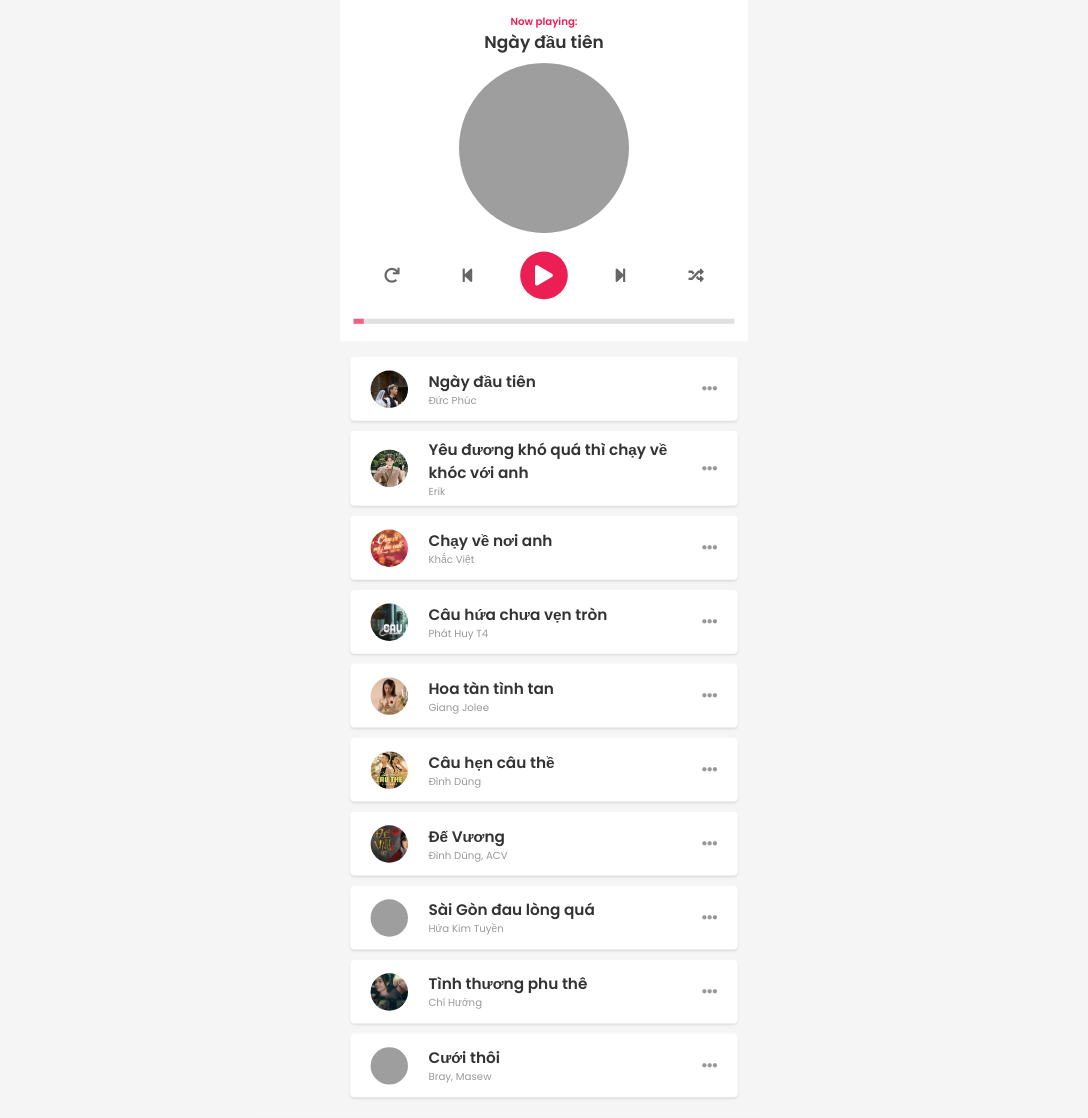
Repository: KienCao2000/demo-music
Page: index.html
The author's editor kept a copy of each file at every save. The page is drawn from the files as they stood at one save, then again after the next save.
The browser window is 1280 px wide. The pictures show the whole page, at 85% of full size.
Pictures or frames that could not be fetched are drawn as grey boxes.

Above is the page before, as saved 2022-02-24 23:50:42.

### index.html
<!DOCTYPE html>
<html lang="en">
<head>
    <meta charset="UTF-8">
    <meta http-equiv="X-UA-Compatible" content="IE=edge">
    <meta name="viewport" content="width=device-width, initial-scale=1.0">
    <title>Music player</title>
    <link rel="stylesheet" href="https://cdnjs.cloudflare.com/ajax/libs/font-awesome/5.15.2/css/all.min.css" integrity="sha512-HK5fgLBL+xu6dm/Ii3z4xhlSUyZgTT9tuc/hSrtw6uzJOvgRr2a9jyxxT1ely+B+xFAmJKVSTbpM/CuL7qxO8w==" crossorigin="anonymous" />
    <link rel="preconnect" href="https://fonts.gstatic.com">
    <link href="https://fonts.googleapis.com/css2?family=Poppins:wght@300;400;600&display=swap" rel="stylesheet">
    <link rel="stylesheet" href="./css/style.css">
</head>
<body>
    <div class="player">
        <!-- Dashboard -->
        <div class="dashboard">
          <!-- Header -->
          <header>
            <h4>Now playing:</h4>
            <h2>String 57th & 9th</h2>
          </header>

          <!-- CD -->
          <div class="cd">
            <div class="cd-thumb" style="background-image: url('https://i.ytimg.com/vi/jTLhQf5KJSc/maxresdefault.jpg')">
            </div>
          </div>

          <!-- Control -->
          <div class="control">
            <div class="btn btn-repeat">
              <i class="fas fa-redo"></i>
            </div>
            <div class="btn btn-prev">
              <i class="fas fa-step-backward"></i>
            </div>
            <div class="btn btn-toggle-play">
              <i class="fas fa-pause icon-pause"></i>
              <i class="fas fa-play icon-play"></i>
            </div>
            <div class="btn btn-next">
              <i class="fas fa-step-forward"></i>
            </div>
            <div class="btn btn-random">
              <i class="fas fa-random"></i>
            </div>
          </div>

          <input id="progress" class="progress" type="range" value="0" step="1" min="0" max="100">

          <audio id="audio" src=""></audio>
        </div>

        <!-- Playlist -->
        <div class="playlist">

        </div>
    </div>
    <script>
        /**
         * 1. Render songs
         * 2. Scroll top
         * 3. Play / pause / seek
         * 4. CD rotate
         * 5. Next / prev
         * 6. Random
         * 7. Next / Repeat when ended
         * 8. Active song
         * 9. Scroll active song into view
         * 10. Play song when click
        */

        const $ = document.querySelector.bind(document);
        const $$ = document.querySelectorAll.bind(document);

        // render
        const app = {
          currentIndex: 0,
          songs: [
            {
              name: 'Ngày đầu tiên',
              singer: 'Đức Phúc',
              path: './music/song1.mp3',
              img: './img/song1.png'
            },
            {
              name: 'Yêu đương khó quá thì chạy về khóc với anh',
              singer: 'Erik',
              path: './music/song2.mp3',
              img: './img/song2.png'
            },
            {
              name: 'Chạy về nơi anh',
              singer: 'Khắc Việt',
              path: './music/song3.mp3',
              img: './img/song3.png'
            },
            {
              name: 'Câu hứa chưa vẹn tròn',
              singer: 'Phát Huy T4',
              path: './music/song4.mp3',
              img: './img/song4.png'
            },
            {
              name: 'Hoa tàn tình tan',
              singer: 'Giang Jolee',
              path: './music/song5.mp3',
              img: './img/song5.png'
            },
            {
              name: 'Câu hẹn câu thề',
              singer: 'Đình Dũng',
              path: './music/song6.mp3',
              img: './img/song6.png'
            },
            {
              name: 'Đế Vương',
              singer: 'Đình Dũng, ACV',
              path: './music/song7.mp3',
              img: './img/song7.png'
            },
            {
              name: 'Sài Gòn đau lòng quá',
              singer: 'Hứa Kim Tuyền',
              path: './music/song8.mp3',
              img: './img/song8.png'
            },
            {
              name: 'Tình thương phu thê',
              singer: 'Chí Hướng',
              path: './music/song9.mp3',
              img: './img/song9.png'
            },
            {
              name: 'Cưới thôi',
              singer: 'Bray, Masew',
              path: './music/song10.mp3',
              img: './img/song10.png'
            },
          ],
          render: function() {
            const htmls = this.songs.map(song => {
              return `
              <div class="song">
                <div class="thumb" style="background-image: url('${song.img}')">
                </div>
                <div class="body">
                  <h3 class="title">${song.name}</h3>
                  <p class="author">${song.singer}</p>
                </div>
                <div class="option">
                  <i class="fas fa-ellipsis-h"></i>
                </div>
              </div>
              `
            })
            $('.playlist').innerHTML = htmls.join('')
          },
          defineProperties: function() {
            Object.defineProperty(this, 'currentSong', {
              get: function() {
                return this.songs[this.currentIndex]
              }
            })
          },
          handleEvents: function() {
            const cd = $('.cd');
            const cdWidth = cd.offsetWidth

            document.onscroll = function() {
              const scrollTop = window.scrollY || (document.documentElement.scrollTop);
              const newCdWidth = cdWidth - scrollTop

              cd.style.width = newCdWidth > 0 ? newCdWidth + 'px' : 0
              cd.style.opacity = newCdWidth / cdWidth

            }
          },
          loadCurrentSong: function() {
            const heading = $('header h2')
            const cdThumb = $('.cd-thumb')
            const audio = $('#audio')

            heading.textContent = this.currentSong.name
            cdThumb.style.backgroundImage = `url(${this.currentSong.image})`
            audio.src = this.currentSong.path

            console.log(heading, cdThumb, audio)
          },
          start: function() {
            // Định nghĩa các thuộc tính cho object
            this.defineProperties()

            // Lắng nghe / xử lý các sự kiện (DOM Events)
            this.handleEvents()

            // Tải thông tin bài hát đầu tiên vao UI khi chạy ứng dụng
            this.loadCurrentSong();

            // Render playlist
            this.render()
          }
        }
        app.start()
    </script>
</body>
</html>

### css/style.css
:root {
    --primary-color: #ec1f55;
    --text-color: #333;
}

*{
    padding: 0;
    margin: 0;
    box-sizing: inherit;
}

body {
    background-color: #f5f5f5;
}

html {
    box-sizing: border-box;
    font-family: "Poppins", sans-serif;
}

.player {
    position: relative;
    max-width: 480px;
    margin: 0 auto;
}

.player .icon-pause {
    display: none;
}

.player.playing .icon-pause {
    display: inline-block;
}

.player.playing .icon-play {
    display: none;
}
.dashboard {
    padding: 16px 16px 14px;
    background-color: #fff;
    position: fixed;
    top: 0;
    width: 100%;
    max-width: 480px;
    border-bottom: 1px solid #ebebeb;
}

  /* HEADER */
header {
    text-align: center;
    margin-bottom: 10px;
}

header h4 {
    color: var(--primary-color);
    font-size: 12px;
}

header h2 {
    color: var(--text-color);
    font-size: 20px;
}

  /* CD */
.cd {
    display: flex;
    margin: auto;
    width: 200px;
  }

.cd-thumb {
    width: 100%;
    padding-top: 100%;
    border-radius: 50%;
    background-color: #333;
    background-size: cover;
    margin: auto;
}

  /* CONTROL */
.control {
    display: flex;
    align-items: center;
    justify-content: space-around;
    padding: 18px 0 8px 0;
}

.control .btn {
    color: #666;
    padding: 18px;
    font-size: 18px;
  }

.control .btn.active {
    color: var(--primary-color);
  }

.control .btn-toggle-play {
    width: 56px;
    height: 56px;
    border-radius: 50%;
    font-size: 24px;
    color: #fff;
    display: flex;
    align-items: center;
    justify-content: center;
    background-color: var(--primary-color);
}

.progress {
    width: 100%;
    -webkit-appearance: none;
    height: 6px;
    background: #d3d3d3;
    outline: none;
    opacity: 0.7;
    -webkit-transition: 0.2s;
    transition: opacity 0.2s;
}

.progress::-webkit-slider-thumb {
    -webkit-appearance: none;
    appearance: none;
    width: 12px;
    height: 6px;
    background-color: var(--primary-color);
    cursor: pointer;
}

  /* PLAYLIST */
  .playlist {
    margin-top: 408px;
    padding: 12px;
}

.song {
    display: flex;
    align-items: center;
    margin-bottom: 12px;
    background-color: #fff;
    padding: 8px 16px;
    border-radius: 5px;
    box-shadow: 0 2px 3px rgba(0, 0, 0, 0.1);
}

.song.active {
    background-color: var(--primary-color);
}

.song:active {
    opacity: 0.8;
}

  .song.active .option,
  .song.active .author,
  .song.active .title {
    color: #fff;
}

.song .thumb {
    width: 44px;
    height: 44px;
    border-radius: 50%;
    background-size: cover;
    margin: 0 8px;
}

.song .body {
    flex: 1;
    padding: 0 16px;
}

  .song .title {
    font-size: 18px;
    color: var(--text-color);
}

.song .author {
    font-size: 12px;
    color: #999;
}

.song .option {
    padding: 16px 8px;
    color: #999;
    font-size: 18px;
}

After the next save:
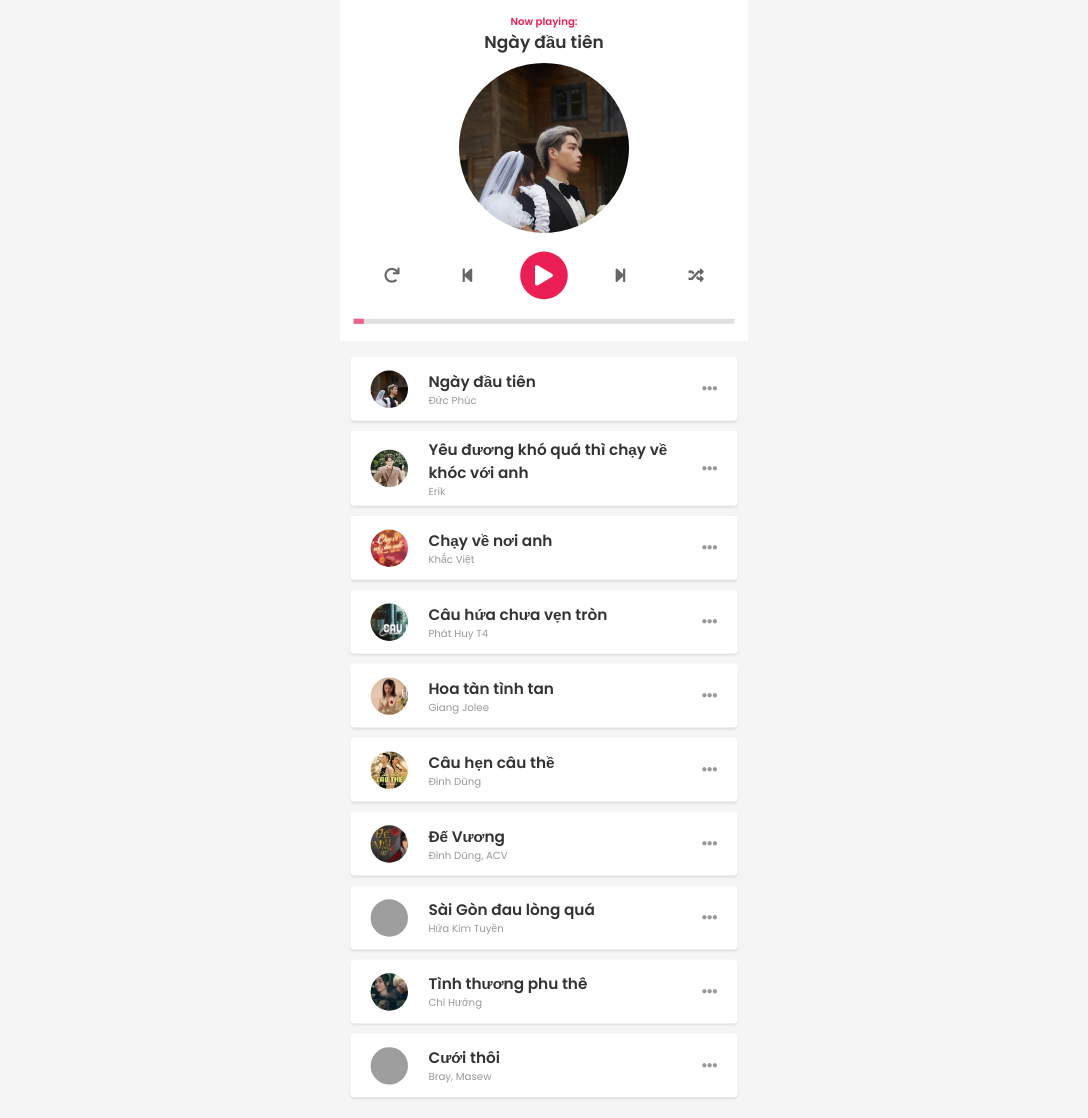
Saved 24 s later.
--- a/index.html
+++ b/index.html
@@ -182,7 +182,7 @@
             const audio = $('#audio')
 
             heading.textContent = this.currentSong.name
-            cdThumb.style.backgroundImage = `url(${this.currentSong.image})`
+            cdThumb.style.backgroundImage = `url(${this.currentSong.img})`
             audio.src = this.currentSong.path
 
             console.log(heading, cdThumb, audio)
